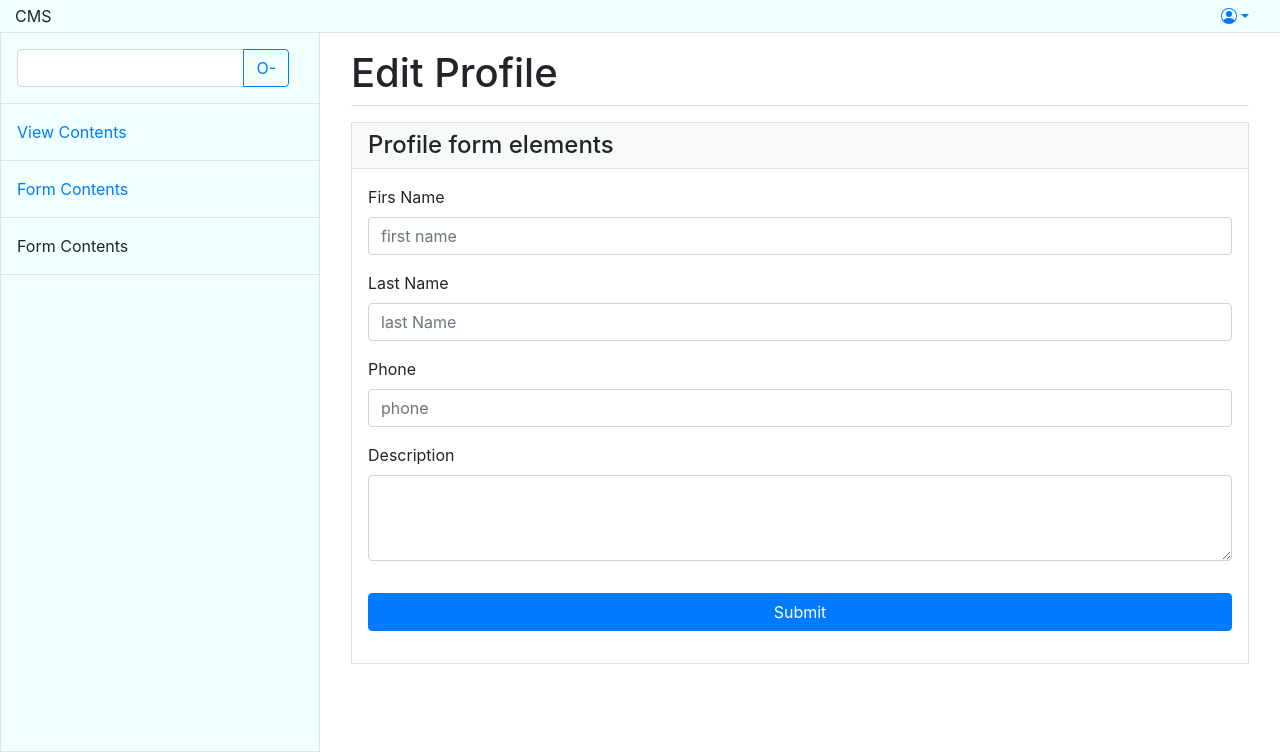
Repository: Thiuannh/springboot
Page: http://localhost/JACKMVC/WEB-INF/views/home.jsp
These files come from the project's save history. The page is drawn as it stood at one moment and after the next save; the edit follows.
The browser window is 1280 px wide. The pictures show the whole page.
The page is served by Tomcat 9. Nobody is signed in. The template is opened directly, without the code that normally fills it, so the values that code supplies are empty.

Above is the page before, as saved 2022-11-21 18:06:44.

After the next save:
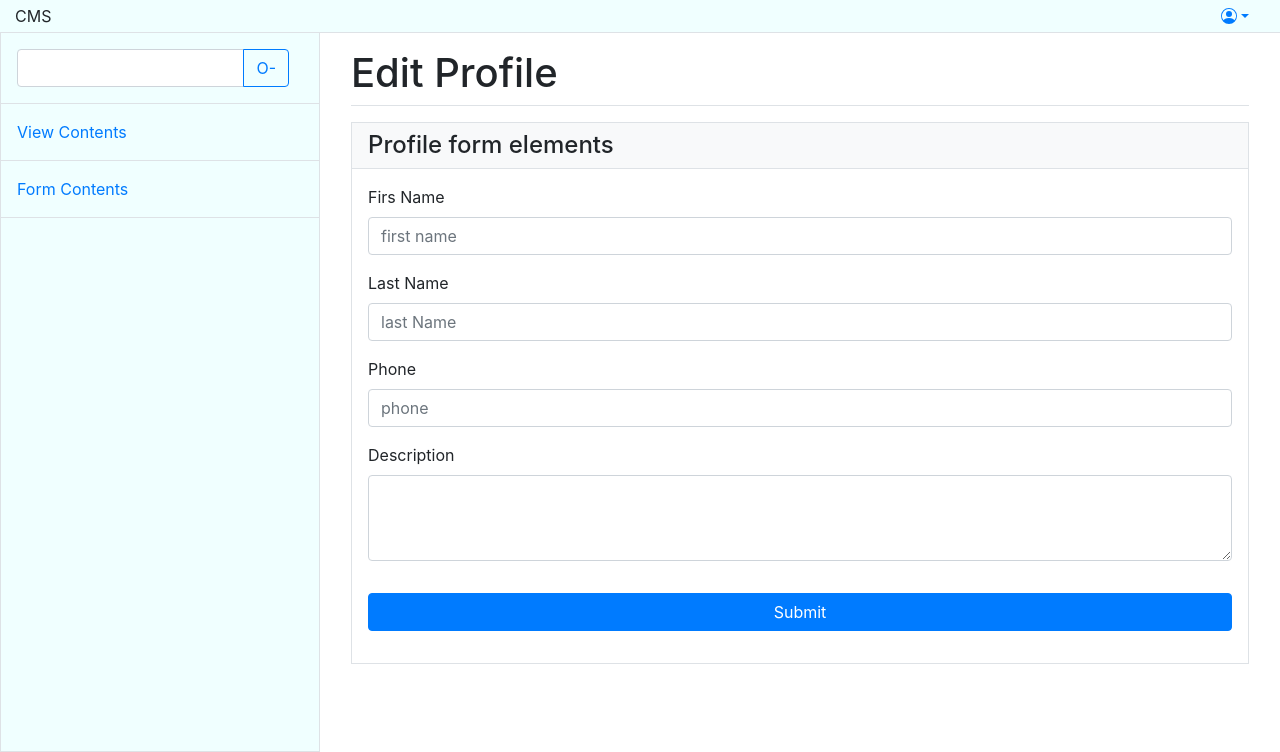
Saved 56 s later.
--- a/JACKMVC/src/main/webapp/WEB-INF/views/home.jsp
+++ b/JACKMVC/src/main/webapp/WEB-INF/views/home.jsp
@@ -61,14 +61,13 @@
 								O-</button>
 						</div>
 					</div>
-					<a href="./home"><div class="row view-contents py-3 pl-3 border-bottom border-top">
+					<a href="./home/view-conten"><div class="row view-contents py-3 pl-3 border-bottom border-top">
 						View Contents</div></a>
 
-						<a href="./home"><div class="row form-contents py-3 pl-3 border-bottom">Form
+						<a href="./home/form-conten"><div class="row form-contents py-3 pl-3 border-bottom">Form
 						Contents</div></a>
 
-					<div class="row form-contents py-3 pl-3 border-bottom">Form
-						Contents</div>
+
 				</div>
 				<div class="col-md-9 page border-top">
 					<div class="title m-3 border-bottom">
